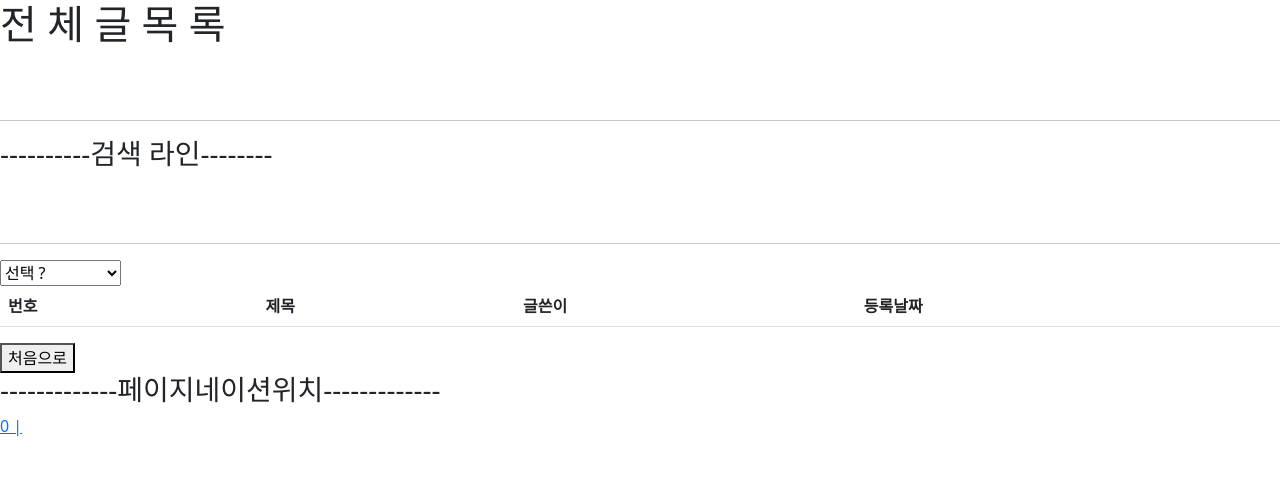
Repository: bbqju13/jsp0602
Page: http://localhost/jsp_project/board/list.jsp
The author's editor kept a copy of each file at every save. The page is drawn from the files as they stood at one save, then again after the next save.
The browser window is 1280 px wide. The pictures show the whole page.
The page is served by Tomcat 9. Other server files are loaded and not shown. The template is opened directly, without the code that normally fills it, so the values that code supplies are empty.

Above is the page before, as saved 2023-05-24 02:35:42.

### jsp_project2/jsp_project/src/main/webapp/board/list.jsp
<%@ page language="java" contentType="text/html; charset=UTF-8"
	pageEncoding="UTF-8"%>
<%@ taglib uri="http://java.sun.com/jsp/jstl/core" prefix="c"%>
<!DOCTYPE html>
<html>
<head>
<meta charset="UTF-8">
<link
	href="https://cdn.jsdelivr.net/npm/bootstrap@5.2.3/dist/css/bootstrap.min.css"
	rel="stylesheet"
	integrity="sha384-rbsA2VBKQhggwzxH7pPCaAqO46MgnOM80zW1RWuH61DGLwZJEdK2Kadq2F9CUG65"
	crossorigin="anonymous">
<script
	src="https://cdn.jsdelivr.net/npm/bootstrap@5.2.3/dist/js/bootstrap.bundle.min.js"
	integrity="sha384-kenU1KFdBIe4zVF0s0G1M5b4hcpxyD9F7jL+jjXkk+Q2h455rYXK/7HAuoJl+0I4"
	crossorigin="anonymous"></script>
<title>전체 글목록</title>
</head>
<body>
	<h1>전 체 글 목 록</h1>
	<br>
	<br>
	<hr>
					<!-- 검색라인 -->
	<h3>----------검색 라인--------</h3>
	<br> <br> <hr>
	<form action="/brd/page" method="post">
		<div>
			<select name="type">
				<option >선택 ?</option>
				<option>제목</option>
				<option>내용</option>
				<option>작성자</option>
				<option>제목 or 내용</option>
				<option>제목 or 작성자</option>
				<option>내용 or 작성자</option>
			</select>
		</div>
	</form>
	<table class="table table-striped">
	<!-- 검색라인 -->
		<thead>
			<tr>
				<th>번호</th>
				<th>제목</th>
				<th>글쓴이</th>
				<th>등록날짜</th>
			</tr>
		</thead>
		<tbody>
			<c:forEach items="${list }" var="bvo">
				<tr>
					<td><a href="/brd/detail?bno=${bvo.bno }"> ${bvo.bno } </a></td>
					<td>${bvo.title }</td>
					<td>${bvo.writer }</td>
					<td>${bvo.reg_date }</td>
				</tr>
			</c:forEach>
		</tbody>
	</table>
	<a href="/">
		<button type="button">처음으로</button>
	</a>

	<h3>-------------페이지네이션위치-------------</h3>

	<c:if test="${pgh.prev }">
		<a href="/brd/page?pageNo=${pgh.startPage - 1 }&qty=${pgh.pgvo.qty}"> ◀이전 </a>
	</c:if>

	<c:forEach begin="${pgh.startPage }" end="${pgh.endPage }" var="i">
		<a href="/brd/page?pageNo=${i }&qty=${pgh.pgvo.qty}"> ${i } | </a>
	</c:forEach>

	<!-- 다음페이지 -->
	<c:if test="${pgh.next }">
		<a href="/brd/page?pageNo=${pgh.endPage +1 }&qty=${pgh.pgvo.qty}"> 다음▶ </a>
	</c:if>
</body>
</html>

After the next save:
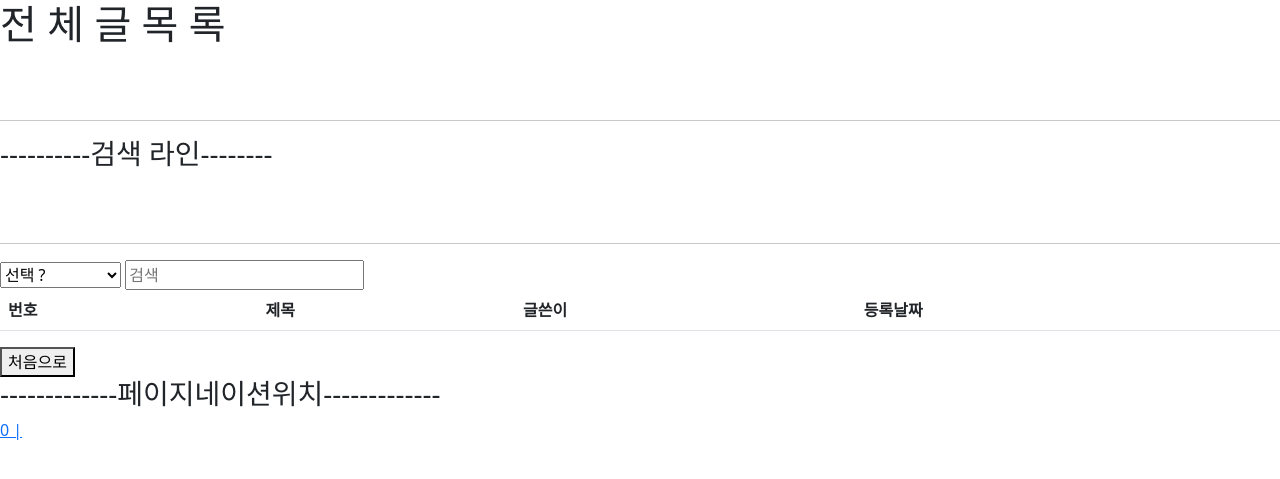
Saved 81 s later.
--- a/jsp_project2/jsp_project/src/main/webapp/board/list.jsp
+++ b/jsp_project2/jsp_project/src/main/webapp/board/list.jsp
@@ -35,6 +35,7 @@
 				<option>제목 or 작성자</option>
 				<option>내용 or 작성자</option>
 			</select>
+			<input type="text" name="keyword" placeholder="검색">
 		</div>
 	</form>
 	<table class="table table-striped">
